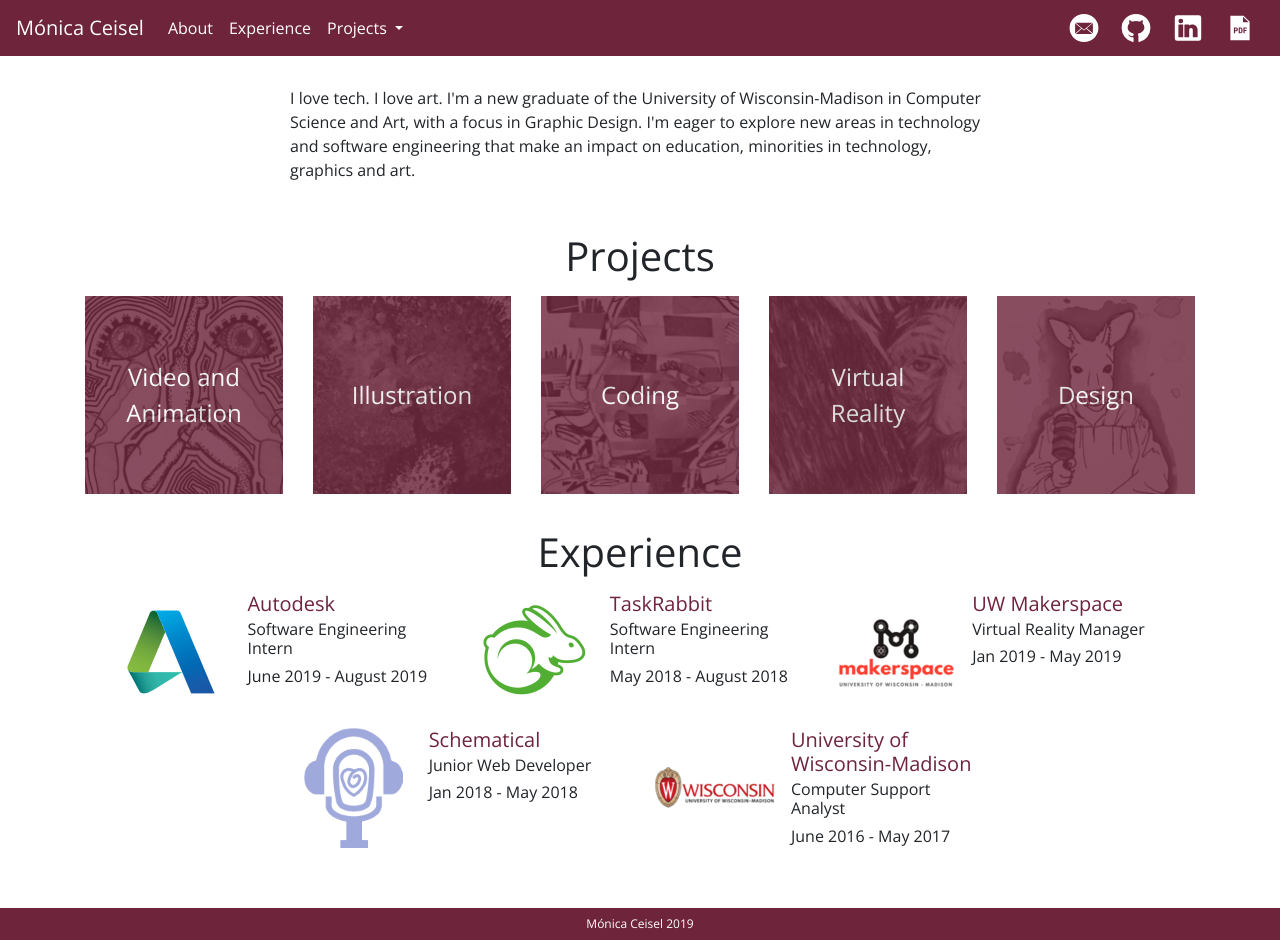
Repository: ceiselm/ceiselm.github.io
Page: index.html
These files come from the project's save history. The page is drawn as it stood at one moment and after the next save; the edit follows.
The browser window is 1280 px wide. The pictures show the whole page.

Above is the page before, as saved 2019-08-07 23:08:43.

### index.html
<!DOCTYPE html>
<html lang="en">

<head>
  <meta charset="utf-8">
  <meta http-equiv="X-UA-Compatible" content="IE=edge">
  <meta name="viewport" content="width=device-width, initial-scale=1">
  <title>M&oacute;nica Ceisel</title>
  <!-- Bootstrap -->
  <link href="css/bootstrap-4.2.1.css" rel="stylesheet">
  <!-- slick -->
  <link rel="stylesheet" type="text/css" href="slick/slick.css" />
  <!-- Add the new slick-theme.css if you want the default styling -->
  <link rel="stylesheet" type="text/css" href="slick/slick-theme.css" />
  <!-- font -->
  <link href="https://fonts.googleapis.com/css?family=Open+Sans&display=swap" rel="stylesheet">
  <!-- overwrites -->
  <link href="css/home.css" rel="stylesheet">
</head>

<body>
  <main>
    <!-- site navigation component START -->
    <nav class="navbar navbar-expand-lg navbar-dark bg-dark">
      <a class="navbar-brand" href="./index.html">M&oacute;nica Ceisel</a>
      <button class="navbar-toggler" type="button" data-toggle="collapse" data-target="#navbarSupportedContent"
        aria-controls="navbarSupportedContent" aria-expanded="false" aria-label="Toggle navigation">
        <span class="navbar-toggler-icon"></span>
      </button>
      <div class="collapse navbar-collapse" id="navbarSupportedContent">
        <ul class="navbar-nav mr-auto">
          <li class="nav-item">
            <a class="nav-link" href="#startAbout">About</a>
          </li>
          <li class="nav-item">
            <a class="nav-link" href="#startExperience">Experience</a>
          </li>
          <li class="nav-item dropdown">
            <a class="nav-link dropdown-toggle" href="#" id="navbarDropdown" role="button" data-toggle="dropdown"
              aria-haspopup="true" aria-expanded="false">
              Projects
            </a>
            <div class="dropdown-menu" aria-labelledby="navbarDropdown">
              <a class="dropdown-item" href="./subpages/coding.html">Coding</a>
              <div class="dropdown-divider"></div>
              <a class="dropdown-item" href="./subpages/illustration.html">Illustration</a>
              <a class="dropdown-item" href="./subpages/design.html">Design</a>
              <a class="dropdown-item" href="./subpages/virtualreality.html">Virtual Reality</a>
              <a class="dropdown-item" href="./subpages/videoandanimation.html">Video and Animation</a>
            </div>
          </li>
        </ul>
      </div>
      <!--		HAVE ICONS APPEAR ON BOTTOM FOR RESPONSIVE!-->
      <div class="navabar navbar-collapse">
        <ul class="navbar-nav ml-auto">
          <li class="nav-item">
            <a target="_blank" href="mailto:ceiselm@gmail.com"><img class="contact-icon" src="images/social/mail.svg"
                title="ceiselm@gmail.com" alt="mail"></a>
            <a target="_blank" href="https://github.com/ceiselm"><img class="contact-icon" src="images/social/github.svg"
                title="ceiselm" alt="github"></a>
            <a target="_blank" href="https://www.linkedin.com/in/monicaceisel/"><img class="contact-icon" src="images/social/linkedin.svg"
                title="monicaceisel" alt="linkedin"></a>
            <!-- <a target="_blank" href="https://twitter.com/Momonimations"><img class="contact-icon" src="images/social/twitter.svg" title="Momonimations" alt="twitter"></a> -->
            <a target="_blank" href="https://drive.google.com/file/d/1Cxu938UaEI__a5fxJjOS7-iBWBv4FZOx/view?usp=sharing"><img
                class="contact-icon" src="images/social/pdf.svg" title="Resume" alt="resume"></a>
          </li>
        </ul>
      </div>
    </nav>
    <!-- site navigation component END -->
    <!-- <hr> -->
    <!-- about START -->
    <div class="container">
        <div class="row justify-content-center">
            <div class="col-8">
    <div class="portion">

      <section>
        <div class="text-center mt-2">
          <div class="container">
            <div class="row">
              <div class="col-12">
                <!-- <h1 id="startAbout">About</h1> -->
                <div class="container">
                  <div class="row justify-content-center">
                    <!-- <div class="col col-md-8"> -->
                      <p align="left">I love tech. I love art. I'm a new graduate of the University of Wisconsin-Madison
                        in Computer Science and Art,
                        with a focus in Graphic Design. I'm eager to explore new areas in technology and software
                        engineering that
                        make an impact on education, minorities in technology, graphics and art.
                      </p>
                    <!-- </div> -->
                  </div>
                </div>
                <!-- noteworthy articles -->
                <!--				https://insider.windows.com/en-us/community-news/how-this-coder-artist-grew-superpowers-to-create/-->
                <!--				https://insider.windows.com/en-us/community-news/extraordinary-women-in-computing/-->

                <!-- <div class="wrapper"> -->
                <!-- <div class="portion">
                  <div class="row align-items-center">
                  <div class="container col-lg-10 col-md-10">
                  <div class="slides">
                    <div><img class="slide-item col-sx-4" src="images/carousel/Microsoft.png" alt="First slide"><a class="highlight" href="https://insider.windows.com/en-us/community-news/how-this-coder-artist-grew-superpowers-to-create/">Microsoft Women
                      in Computing Award Winner</a></div>
                    <div><img class="slide-item col-sx-4" src="images/carousel/Target.jpg" alt="Second slide">1st Place for the
                      Target Women in Tech Symposium Hackathon</div>
                    <div><img class="slide-item col-sx-4" src="images/carousel/TaskRabbit.jpg" alt="Third slide">Software
                      Engineering Internship at TaskRabbit</div>
                    </div>
                  </div>
                </div> -->
              </div>
              </div>
            </div>
          </div>
        </div>
      </section>
    </div>
    <!-- about END -->
    <!-- <hr> -->
    <!-- projects START -->
    <div class="portion">
      <section>
        <div class="container">
          <div class="row">
            <div class="col-12 text-center">
              <h1>Projects</h1>
              <!-- <p>Lorem ipsum dolor sit amet, consectetur adipisicing elit. Officia, et, placeat !</p> -->
            </div>
          </div>
          <div class="row mt-2">

            <div class="col-md mt-md-0 mt-1">
              <a href="./subpages/videoandanimation.html">
                <img class="image img-fluid float-right" src="images/buttons/Button03.png" alt="Video and Animation" href="#">
                <div class="overlay">
                  <div class="text">Video and Animation</div>
                </div>
              </a>
            </div>

            <div class="col-md mt-md-0 mt-1">
              <a href="./subpages/illustration.html">
                <img class="image img-fluid float-left" src="images/buttons/Button01.png" alt="Illustration">
                <div class="overlay">
                  <div class="text">Illustration</div>
                </div>
              </a>
            </div>

            <div class="col-md mt-md-0 mt-1">
              <a href="./subpages/coding.html">
                <img class="image img-fluid float-left" src="images/buttons/Button05.png" alt="Coding" href="#">
                <div class="overlay">
                  <div class="text">Coding</div>
                </div>
              </a>
            </div>
            <div class="col-md mt-md-0 mt-1">
              <a href="./subpages/virtualreality.html">
                <img class="image img-fluid float-right" src="images/buttons/Button04.png" alt="Virtual Reality" href="#">
                <div class="overlay">
                  <div class="text">Virtual Reality</div>
                </div>
              </a>
            </div>
            <div class="col-md mt-md-0 mt-1">
              <a href="./subpages/design.html">
                <img class="image img-fluid float-left" src="images/buttons/Button02.png" alt="Design" href="#">
                <div class="overlay">
                  <div class="text">Design</div>
                </div>
              </a>
            </div>
          </div>
        </div>
      </section>
    </div>
  <!-- projects END -->
    <!-- experience START -->
    <!-- <hr> -->
    <div class="portion">
      <section>
        <div class="container">
          <div class="row">
            <div class="col-12 text-center">
              <h1 id="startExperience">Experience</h1>
              <!-- <p>Lorem ipsum dolor sit amet, consectetur adipisicing elit. Quibusdam, magni, doloribus, possimus eum sapiente deleniti doloremque fugit ut expedita molestiae iusto debitis eveniet modi obcaecati ipsam quos quis labore dicta.</p> -->
            </div>
          </div>
        </div>
      </section>
      <section>
        <div class="container mt-2">
          <div class="row align-items-center">
            <div class="col-md-4 col-12">
              <ul class="list-unstyled">
                <li class="media">
                  <img class="mr-3" src="images/companies/120px-Autodesk_logo.svg.png" alt="Autodesk">
                  <div class="media-body">
                    <h5 class="mt-0 mb-1"><a href="https://www.autodesk.com/">Autodesk</a></h5>
                    <h6>Software Engineering Intern</h6>
                    <h6>June 2019 - August 2019</h6>
                  </div>
                </li>
              </ul>
            </div>
            <div class="col-md-4 col-12">
              <ul class="list-unstyled">
                <li class="media">
                  <img class="mr-3" src="images/companies/taskrabbit_logo.png" alt="TaskRabbit">
                  <div class="media-body">
                    <h5 class="mt-0 mb-1"><a href="https://www.taskrabbit.com/">TaskRabbit</a></h5>
                    <h6>Software Engineering Intern</h6>
                    <h6>May 2018 - August 2018</h6>
                  </div>
                </li>
              </ul>
            </div>
            <div class="col-md-4 col-12">
              <ul class="list-unstyled">
                <li class="media">
                  <img class="mr-3" src="images/companies/makerspacelogo.png" alt="Makerspace">
                  <div class="media-body">
                    <h5 class="mt-0 mb-1"><a href="https://making.engr.wisc.edu/">UW Makerspace</a></h5>
                    <h6>Virtual Reality Manager</h6>
                    <h6>Jan 2019 - May 2019</h6>
                  </div>
                </li>
              </ul>
            </div>
          </div>
        <!-- second row -->
        <div class="row">
          <div class="container col-lg-8 col-md-8 col-sm-12 col-xs-12">
                    <div class="row">
            <div class="col">
              <ul class="list-unstyled">
                <li class="media">
                  <img class="mr-3" src="images/companies/castdex_logo.png" alt="Schematical">
                  <div class="media-body">
                    <h5 class="mt-0 mb-1">Schematical</h5>
                    <h6>Junior Web Developer</h6>
                    <h6>Jan 2018 - May 2018</h6>
                  </div>
                </li>
              </ul>
            </div>
            <div class="col">
              <ul class="list-unstyled">
                <li class="media">
                  <img class="mr-3" src="images/companies/uwmadison.png" alt="University of Wisconsin-Madison">
                  <div class="media-body">
                    <h5 class="mt-0 mb-1"><a href="">University of Wisconsin-Madison</a></h5>
                    <h6>Computer Support Analyst</h6>
                    <h6>June 2016 - May 2017</h6>
                  </div>
                </li>
              </ul>

            </div>
            <div>
          </div>
          </div>

        </div>
      </section>
    </div>
  </div>
  </div>
</div>
</div>
  <!-- experience END -->
  </main>
  <!-- footer START -->
  <div class="portion">
    <div class="footer">
      <div class="container h-100">
        <div class="row h-100 justify-content-center align-items-center footer-text">
          <div class="col-12 text-center">
            M&oacute;nica Ceisel 2019
          </div>
        </div>
      </div>
    </div>
  </div>
  <!-- footer END -->
  <!-- jQuery (necessary for Bootstrap's JavaScript plugins) -->
  <script src="js/jquery-3.3.1.min.js"></script>
  <!-- Include all compiled plugins (below), or include individual files as needed -->
  <script src="js/popper.min.js"></script>
  <script src="js/bootstrap-4.2.1.js"></script>
  <script src="js/index.js"></script>
  <!-- slick -->
  <script type="text/javascript" src="slick/slick.min.js"></script>
</body>

</html>

### css/home.css
@charset "utf-8";
/* CSS Document */

body {
  font-family: 'Open Sans', sans-serif;
}

main {
  padding-bottom: 2rem;
}

.footer {
  left: 0;
  bottom: 0;
  width: 100%;
  background-color: #6E243B;
  color: white;
  text-align: center;
  height: 2rem;
  position: relative;
  margin-top: -2rem;
  clear: both;
}

.footer-text {
  font-size: .75rem;
}

.contact-icon {
    height: 1.8em;
    width: 3em;

}

.contact-icon:hover {
    position: relative;
	opacity: .8;
}

.bg-dark {
  background-color: #6E243B !important;
}

.navbar-dark .navbar-nav .nav-link {
    color: rgba(255, 255, 255, 255);
}

h5 {
	color: #6E243B;
}

h5:hover, h5:link, h5:focus {
	color: #EDA200;
}

a {
	text-decoration: none !important;
	color: inherit;
}

a:hover, a:link, a:focus {
	color: inherit;
}

.image {
  position:relative;
  display: block;
  width: 100%;
  height: auto;
  opacity: 0.9;
  transition: 1s ease;
  -webkit-filter: grayscale(100%); /* Safari 6.0 - 9.0 */
  filter: grayscale(100%);
}

.overlay {
  position: relative;
  top: 0;
  bottom: 0;
  left: 0;
  right: 0;
  height: 100%;
  width: 100%;
  opacity: 0.8;
  background-color: #6E243B;
}

.col-md:hover .image {
  opacity: 1;
  -webkit-filter: grayscale(0%); /* Safari 6.0 - 9.0 */
  filter: grayscale(0%);
}

.col-md:hover .overlay {
  opacity: 0;
}


.text {
  color: white;
  font-size: 18pt;
  position: absolute;
  top: 50%;
  left: 50%;
  opacity: 1 !important;
  -webkit-transform: translate(-50%, -50%);
  -ms-transform: translate(-50%, -50%);
  transform: translate(-50%, -50%);
  text-align: center;
}


.slide-item {
  width: 100%;
}


.slick-prev:before {
  color: #6E243B;
}

.slick-next:before {
  color: #6E243B;
}

.slick-dots li.slick-active button::before {
  color: #6E243B;
}

.slick-dots li button::before {
  color: #6E243B;
}

.portion {
  padding-top: 3%;
}

.google-slides-container{
  position: relative;
  width: 100%;
  padding-top: 60%;
  overflow: hidden;
}

.google-slides-container iframe{
  position: absolute;
  top: 0;
  left: 0;
  width: 100%;
  height: 100%;
}

### js/index.js
$(document).ready(function(){
  $('.slides').slick({
    centerMode: true,
    centerPadding: '60px',
    slidesToShow: 1,
    slidesToScroll: 1,
    adaptiveHeight: true,
    dots: true,
    arrows: true,
    variableWidth: true,
    autoplay: true,
    autoplaySpeed: 2000,
    responsive: [
      {
        breakpoint: 768,
        settings: {
          arrows: false,
          centerMode: true,
          centerPadding: '40px',
          slidesToShow: 1
        }
      },
      {
        breakpoint: 480,
        settings: {
          arrows: false,
          centerMode: true,
          centerPadding: '40px',
          slidesToShow: 1
        }
      }
    ]

  });
});

Loaded but not shown: css/bootstrap-4.2.1.css (library); slick/slick.css (common file); slick/slick-theme.css (library); js/jquery-3.3.1.min.js (library); js/popper.min.js (library); js/bootstrap-4.2.1.js (library); slick/slick.min.js (library)

After the next save:
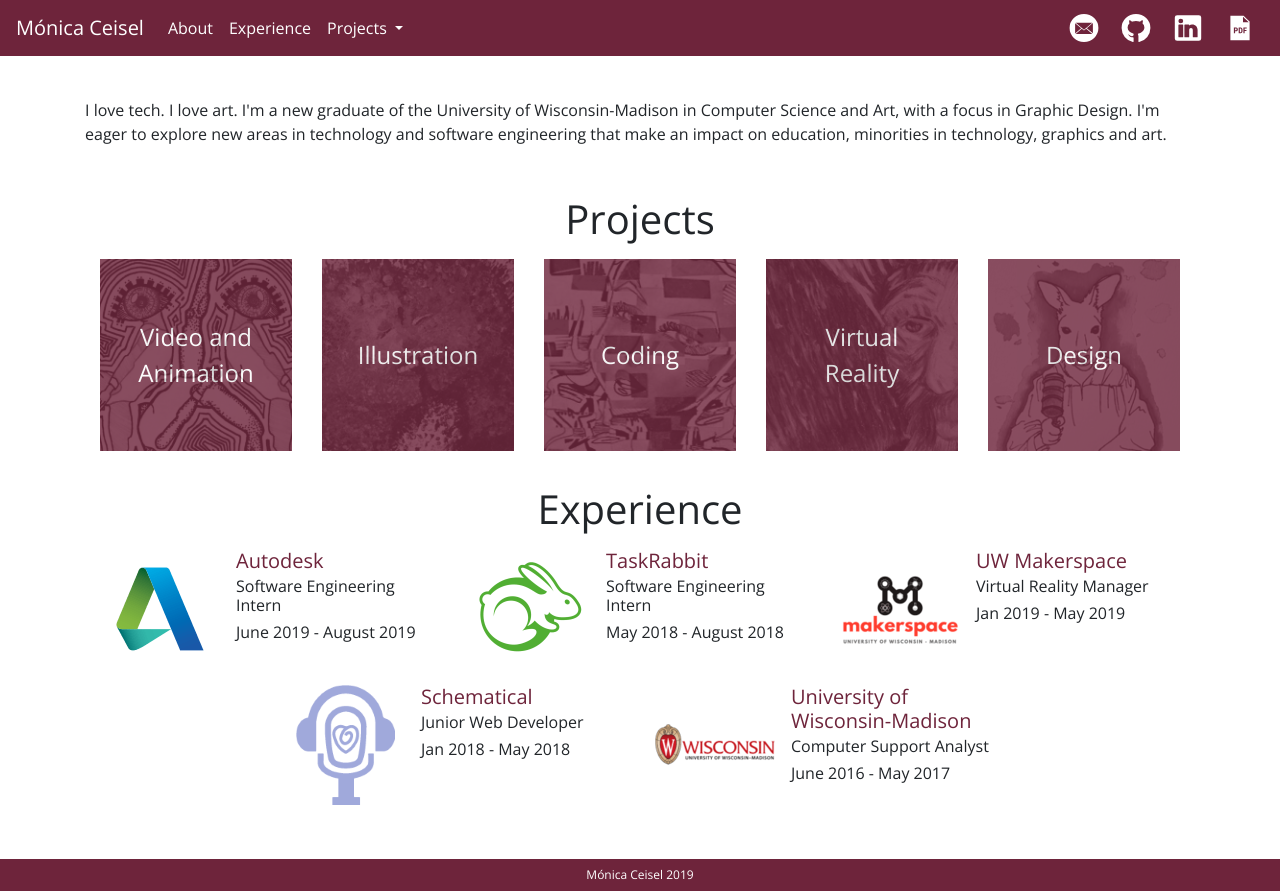
Saved 32 s later.
--- a/index.html
+++ b/index.html
@@ -73,7 +73,7 @@
     <!-- about START -->
     <div class="container">
         <div class="row justify-content-center">
-            <div class="col-8">
+            <!-- <div class="col-8"> -->
     <div class="portion">
 
       <section>
